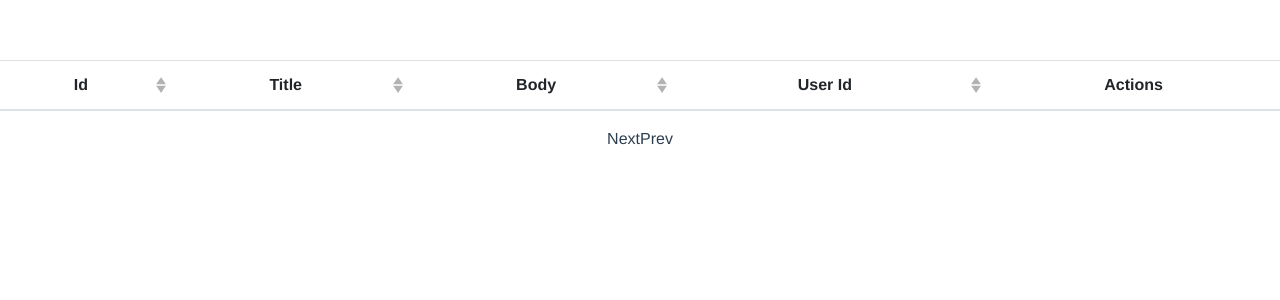
Repository: rupeshpawar93/vue-profile
Page: /
An editor plug-in stored every save of this project. The page is shown before and after the next save, followed by the edit.
The browser window is 1280 px wide. The pictures show the whole page.
The page's requests for data from a server got no answer. The project was rebuilt for these pictures with package versions that can differ from the ones it lists, and the page was loaded fresh each time. No one was signed in, and anything a server would have sent is missing. Also part of the build but not shown: webpack.config.js, src/components/Portfolio_detail.vue.

Above is the page before, as saved 2019-11-01 11:32:55.

After the next save:
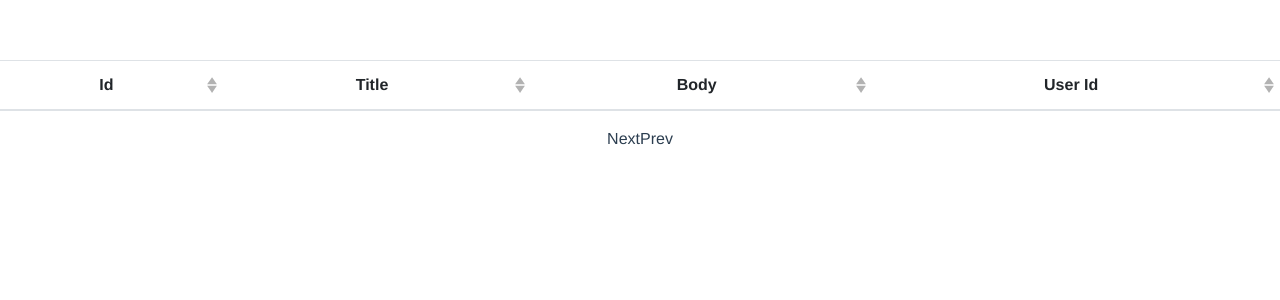
Saved 49 s later.
--- a/src/components/Portfolio.vue
+++ b/src/components/Portfolio.vue
@@ -2,9 +2,9 @@
     <div>
         <b-table striped hover :fields="fields" :items="items" @row-clicked="gotoDetails">
              <template v-slot:cell(actions)="row">
-                <b-button size="sm" @click="" class="mr-1">
-                Info modal
-                </b-button>
+        <b-button size="sm" @click="info(row.item, row.indext.t, $evenarget)" class="mr-1">
+          Info modal
+        </b-button>
              </template>
         </b-table>
         <span  @click="next">Next</span>
@@ -22,7 +22,7 @@ export default {
         return {
             fields: [ {key:'id',sortable:true},{ key: 'title', sortable: true },
           { key: 'body', sortable: true },
-          { key: 'userId', sortable: true },{ key: 'actions', label: 'Actions' }],
+          { key: 'userId', sortable: true }],
             items: [
             ],
             obj:{},
